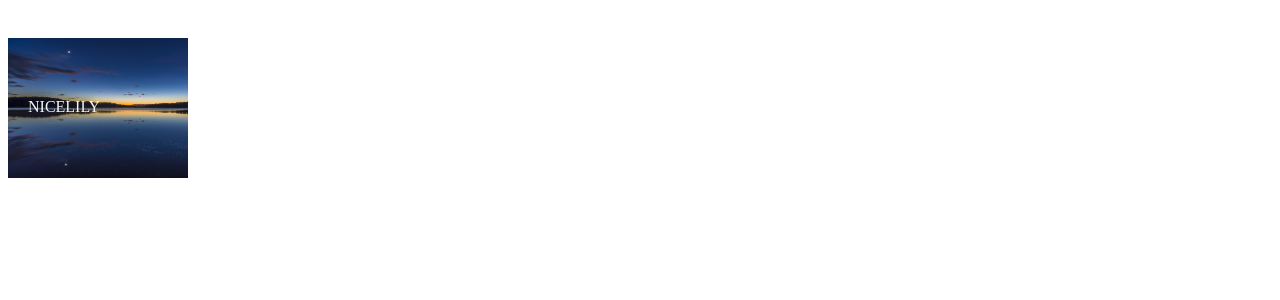
Repository: northpx/animation
Page: index.html
An editor plug-in stored every save of this project. The page is shown before and after the next save, followed by the edit.
The browser window is 1280 px wide. The pictures show the whole page.
The pointer rests on the first visible `.container`.

Above is the page before, as saved 2022-12-19 20:42:47.

After the next save:
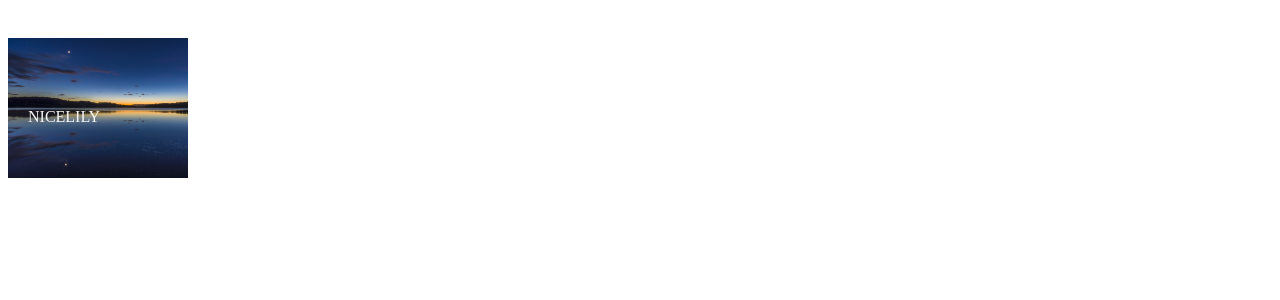
Saved 11 s later.
--- a/style.css
+++ b/style.css
@@ -125,5 +125,5 @@
 }
 
 .container:hover .content{
-    transform: translateY(-230px);
+    transform: translateY(-220px);
 }
